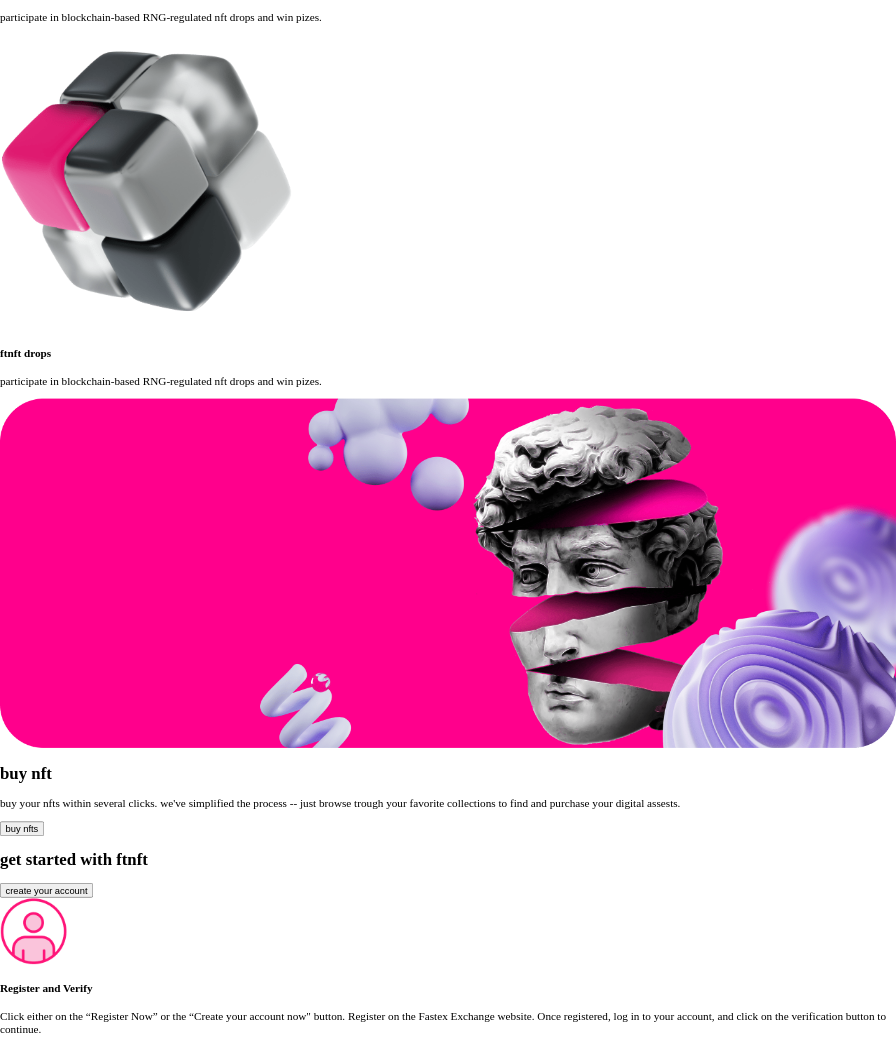
Repository: DxMAlbertGasparyan/_Project
Page: index.html
These files come from the project's save history. The page is drawn as it stood at one moment and after the next save; the edit follows.
The browser window is 1280 px wide. The pictures show the part of the page from y = 3409 to 5329 px (the page is 4904 px tall before and 5329 px after), at 70% of full size.

Above is the page before, as saved 2023-12-05 16:44:04.

After the next save:
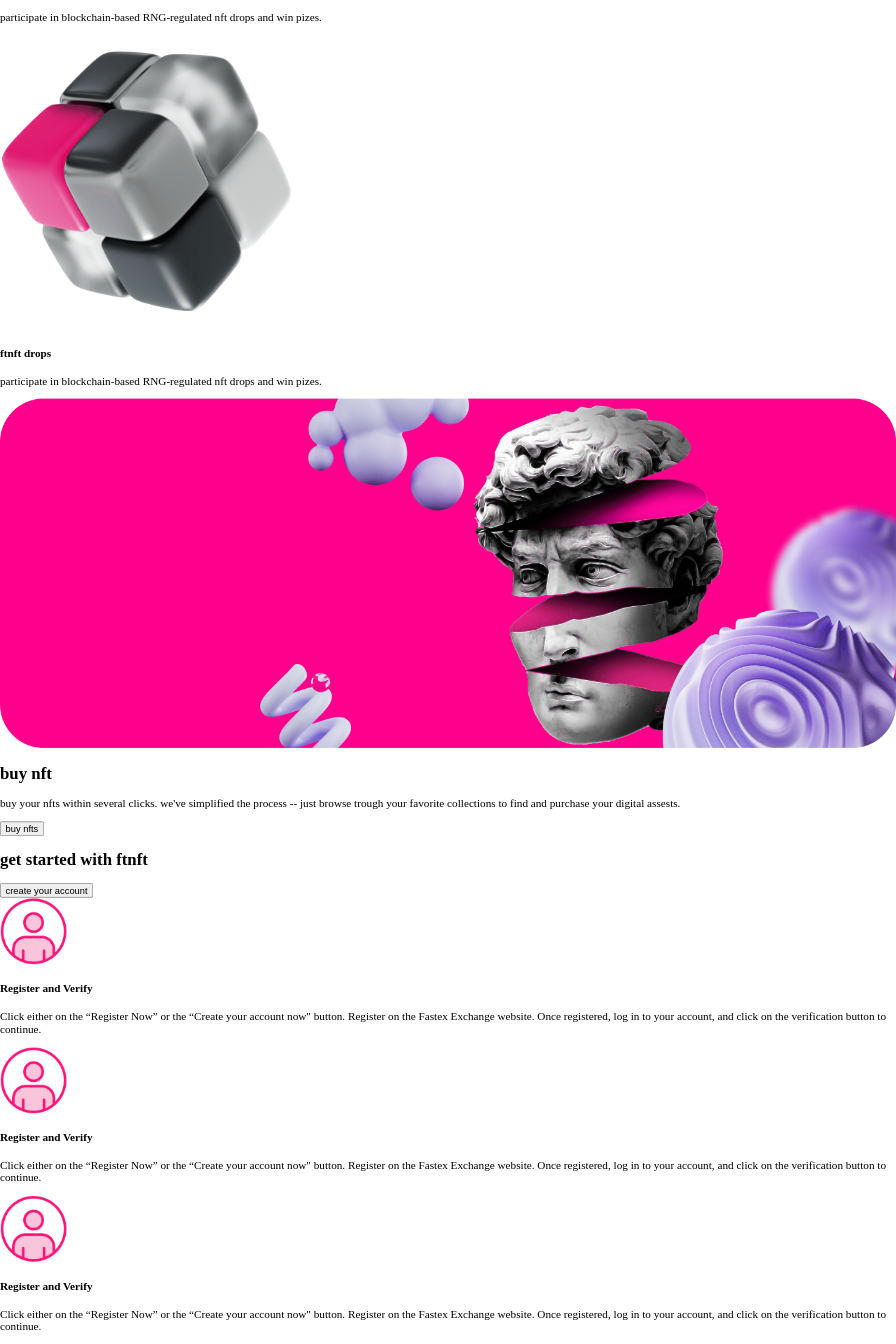
Saved 20 s later.
--- a/index.html
+++ b/index.html
@@ -158,8 +158,16 @@
                             <h4>Register and Verify</h4>
                             <p>Click either on the “Register Now” or the “Create your account now" button. Register on the Fastex Exchange website. Once registered, log in to your account, and click on the verification button to continue.</p>
                         </div>
-                        <div class="second_child_items"></div>
-                        <div class="second_child_items"></div>
+                        <div class="second_child_items">
+                            <img src="./images/89-user-1677762964267.png" alt="">
+                            <h4>Register and Verify</h4>
+                            <p>Click either on the “Register Now” or the “Create your account now" button. Register on the Fastex Exchange website. Once registered, log in to your account, and click on the verification button to continue.</p>
+                        </div>
+                        <div class="second_child_items">
+                            <img src="./images/89-user-1677762964267.png" alt="">
+                            <h4>Register and Verify</h4>
+                            <p>Click either on the “Register Now” or the “Create your account now" button. Register on the Fastex Exchange website. Once registered, log in to your account, and click on the verification button to continue.</p>
+                        </div>
                     </div>
                 </div>
             </section>
